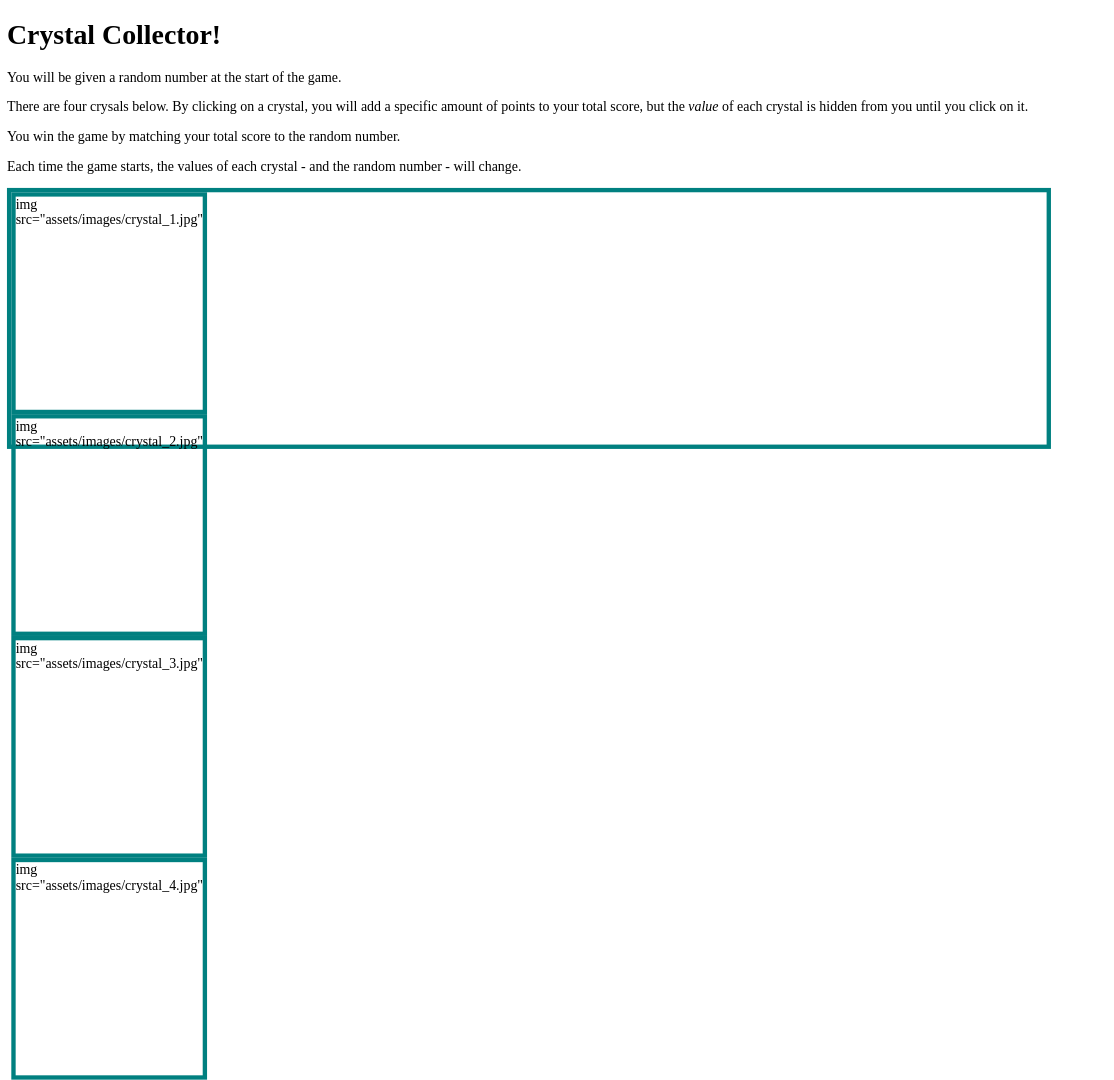
Repository: dsaftler/unit-4-game
Page: index.html
An editor plug-in stored every save of this project. The page is shown before and after the next save, followed by the edit.
The browser window is 1280 px wide. The pictures show the whole page, at 87% of full size.

Above is the page before, as saved 2019-04-01 18:03:54.

After the next save:
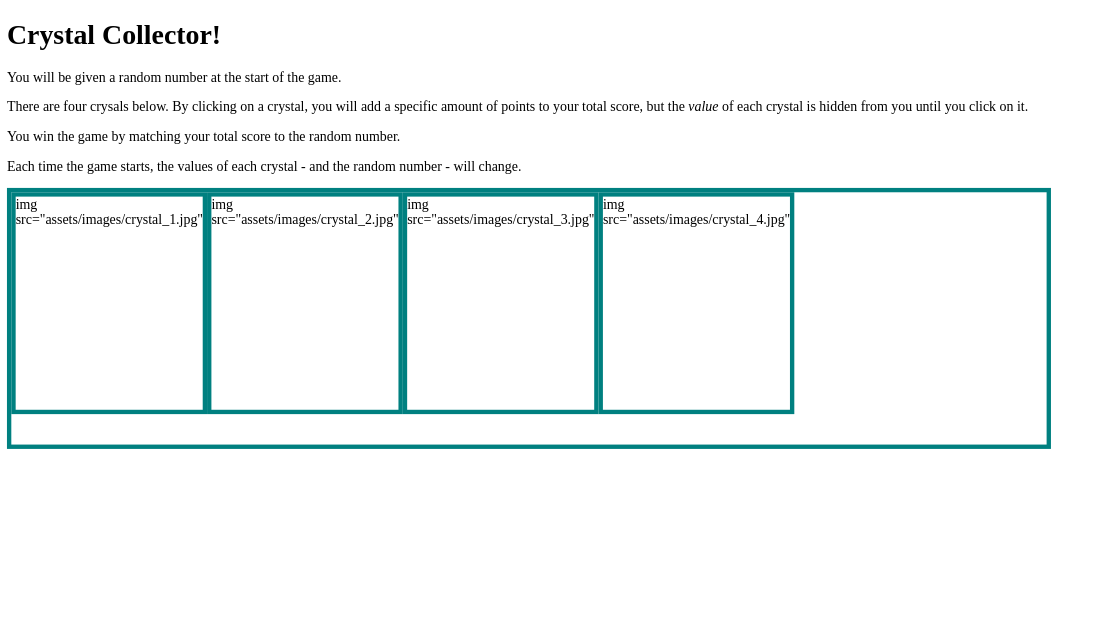
Saved 114 s later.
--- a/assets/css/style.css
+++ b/assets/css/style.css
@@ -10,13 +10,13 @@ background-image: url("assets\images\congruent_pentagon.png")
 }
 .crystal-set{
   background-color: #ffffff;
-  float: left;
   height: 300px;
   width: 1200px;
   border:teal, 5px, solid;
 
 }
 .crystal{
+  float: left;
   height: 255px;
   width: 225px;
   border: teal, 5px, solid;
